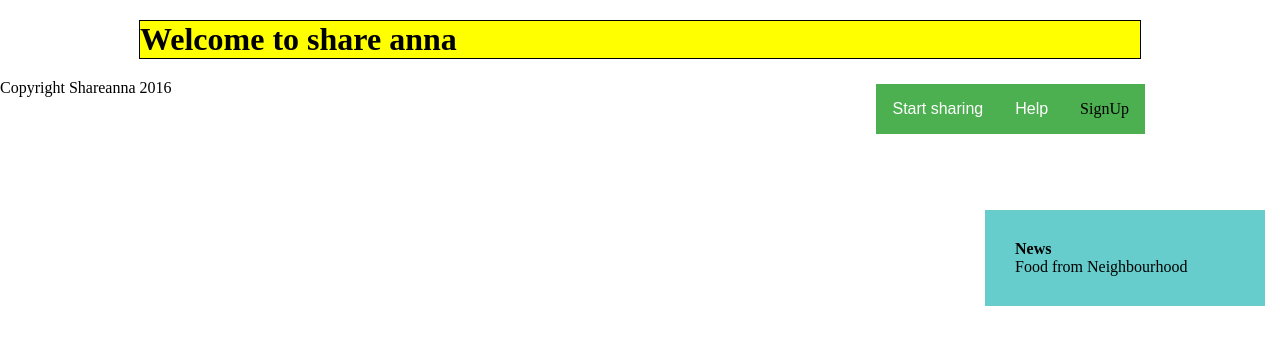
Repository: navigator007/shareanna
Page: practiceSpringMVC_1/src/main/webapp/home.html
The author's editor kept a copy of each file at every save. The page is drawn from the files as they stood at one save, then again after the next save.
The browser window is 1280 px wide. The pictures show the whole page.

Above is the page before, as saved 2016-08-20 23:43:11.

After the next save:
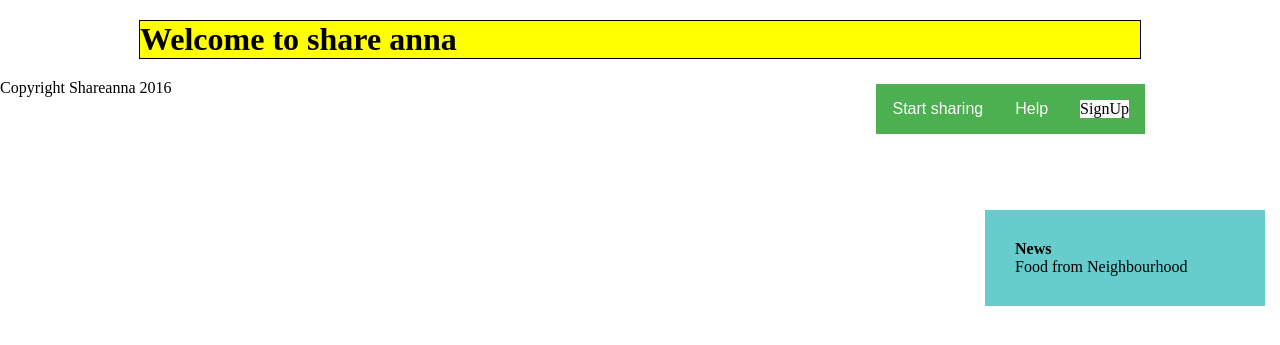
Saved 81 s later.
--- a/practiceSpringMVC_1/src/main/webapp/css/home.css
+++ b/practiceSpringMVC_1/src/main/webapp/css/home.css
@@ -95,4 +95,5 @@
 	background: none;
 	color: black;
     display: block;
+    background-color: #f9f9f9;
 }

After the save that followed:
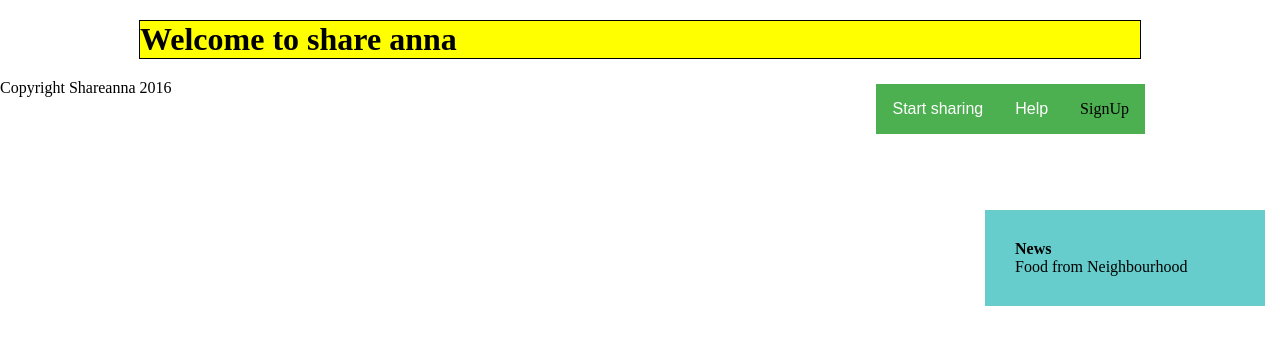
Saved 6 s later.
--- a/practiceSpringMVC_1/src/main/webapp/css/home.css
+++ b/practiceSpringMVC_1/src/main/webapp/css/home.css
@@ -95,5 +95,5 @@
 	background: none;
 	color: black;
     display: block;
-    background-color: #f9f9f9;
+
 }
